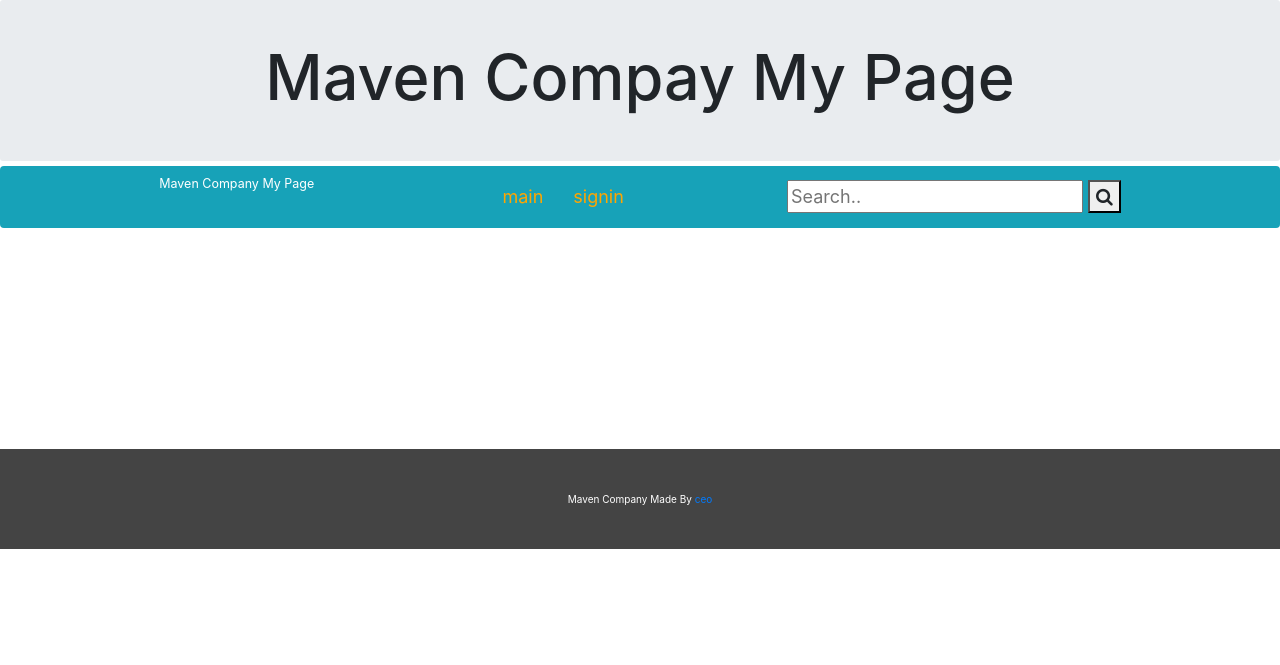
Repository: as2019a/spring
Page: http://localhost/ch19_project_mavenwebsite/WEB-INF/views/mypage.jsp
These files come from the project's save history. The page is drawn as it stood at one moment and after the next save; the edit follows.
The browser window is 1280 px wide. The pictures show the whole page.
Some web libraries are served in a nearby version. The page is served by Tomcat 9. Nobody is signed in. The template is opened directly, without the code that normally fills it, so the values that code supplies are empty.

Above is the page before, as saved 2019-02-01 07:25:41.

After the next save:
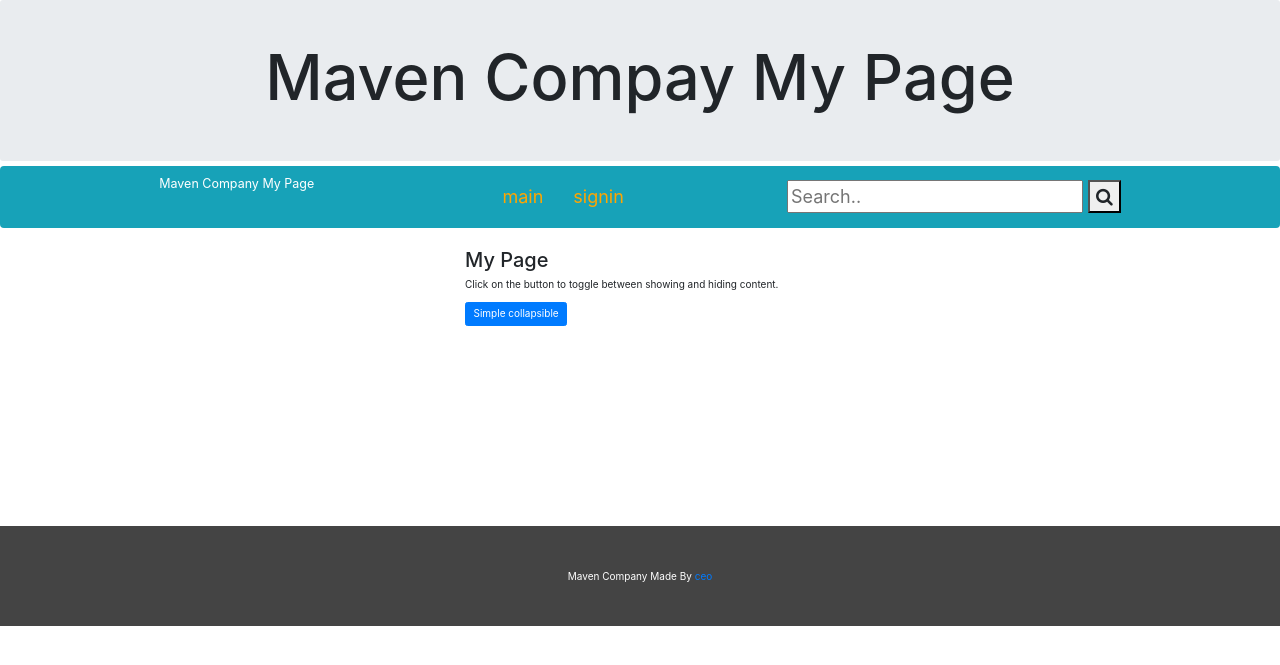
Saved 9 min 21 s later.
--- a/ch19_project_mavenwebsite/src/main/webapp/WEB-INF/views/mypage.jsp
+++ b/ch19_project_mavenwebsite/src/main/webapp/WEB-INF/views/mypage.jsp
@@ -111,7 +111,14 @@
 
 			</div>
 			<div class="col-lg-4">
-
+				<h2>My Page</h2>
+			  <p>Click on the button to toggle between showing and hiding content.</p>
+			  <button type="button" class="btn btn-primary" data-toggle="collapse" data-target="#demo">Simple collapsible</button>
+			  <div id="demo" class="collapse">
+			    Lorem ipsum dolor sit amet, consectetur adipisicing elit,
+			    sed do eiusmod tempor incididunt ut labore et dolore magna aliqua. Ut enim ad minim veniam,
+			    quis nostrud exercitation ullamco laboris nisi ut aliquip ex ea commodo consequat.
+			  </div>
 			</div>
 			<div class="col-lg-4">
 
